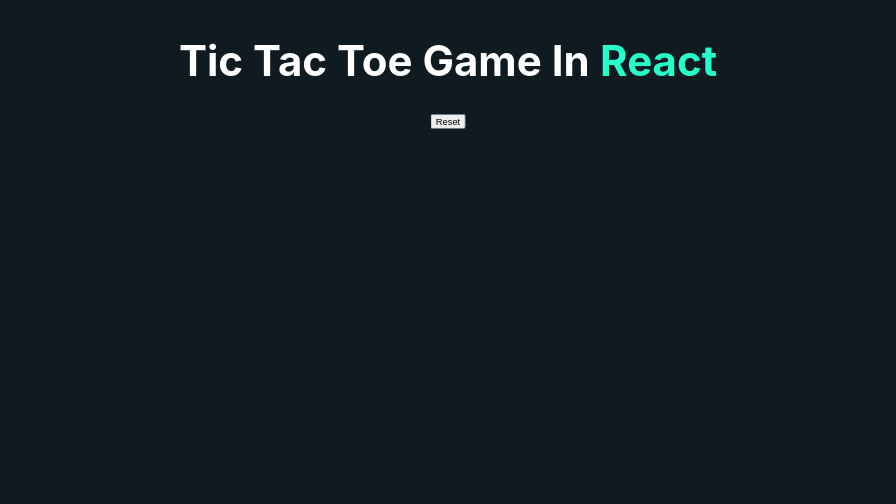
Repository: GigaByte6610/TicTacToe
Page: /
These files come from the project's save history. The page is drawn as it stood at one moment and after the next save; the edit follows.
The browser window is 1280 px wide. The pictures show the whole page, at 70% of full size.
The project was rebuilt for these pictures with package versions that can differ from the ones it lists, and the page was loaded fresh each time. Also part of the build but not shown: src/App.css.

Above is the page before, as saved 2025-01-31 12:42:16.

### public/index.html
<!DOCTYPE html>
<html lang="en">

<head>
    <meta charset="utf-8" />
    <link rel="icon" href="%PUBLIC_URL%/favicon.ico" />
    <meta name="viewport" content="width=device-width, initial-scale=1" />
    <meta name="theme-color" content="#000000" />
    <meta name="description" content="Web site created using create-react-app" />
    <link rel="apple-touch-icon" href="%PUBLIC_URL%/logo192.png" />
    <!--
      manifest.json provides metadata used when your web app is installed on a
      user's mobile device or desktop. See https://developers.google.com/web/fundamentals/web-app-manifest/
    -->
    <link rel="manifest" href="%PUBLIC_URL%/manifest.json" />
    <!--
      Notice the use of %PUBLIC_URL% in the tags above.
      It will be replaced with the URL of the `public` folder during the build.
      Only files inside the `public` folder can be referenced from the HTML.

      Unlike "/favicon.ico" or "favicon.ico", "%PUBLIC_URL%/favicon.ico" will
      work correctly both with client-side routing and a non-root public URL.
      Learn how to configure a non-root public URL by running `npm run build`.
    -->
    <title>TicTacToe</title>
</head>

<body>
    <noscript>You need to enable JavaScript to run this app.</noscript>
    <div id="root"></div>
    <!--
      This HTML file is a template.
      If you open it directly in the browser, you will see an empty page.

      You can add webfonts, meta tags, or analytics to this file.
      The build step will place the bundled scripts into the <body> tag.

      To begin the development, run `npm start` or `yarn start`.
      To create a production bundle, use `npm run build` or `yarn build`.
    -->
</body>

</html>

### src/index.css
body {
    margin: 0;
    font-family: -apple-system, BlinkMacSystemFont, 'Segoe UI', 'Roboto', 'Oxygen', 'Ubuntu', 'Cantarell', 'Fira Sans', 'Droid Sans', 'Helvetica Neue', sans-serif;
    -webkit-font-smoothing: antialiased;
    -moz-osx-font-smoothing: grayscale;
    background: #0f1B21;
}

code {
    font-family: source-code-pro, Menlo, Monaco, Consolas, 'Courier New', monospace;
}

### src/App.js
import './App.css';
import TicTacToe from './Components/TicTacToe/TicTacToe'; // Ensure the path is correct


function App() {
    return ( <
        div >
        <
        TicTacToe / >
        <
        /div>
    );

}

export default App;

### src/Components/TicTacToe/TicTacToe.jsx
import React from 'react'
import './TicTacToe.css'
//  import  myImage from './Components/Assets/circle.png'
//  import myImage2 from './Components/Assets/cross.png'
const TicTacToe = () => {
  return (
    <div className='container'>
        <h1 className='title'>Tic Tac Toe Game In <span>React</span></h1>
        <div className='board'>
            <div className="row1">
                <div className="boxes"></div>
                <div className="boxes"></div>
                <div className="boxes"></div>
            </div>
            <div className="row2">
                <div className="boxes"></div>
                <div className="boxes"></div>
                <div className="boxes"></div>
            </div>
            <div className="row3">
                <div className="boxes"></div>
                <div className="boxes"></div>
                <div className="boxes"></div>
            </div>
        </div>
        <button className='reset'>Reset</button>





    </div>
  )
}

export default TicTacToe

### src/Components/TicTacToe/TicTacToe.css
.container {
    text-align: center;
}

.title {
    margin-top: 50px;
    color: white;
    font-size: 60px;
    display: flex;
    justify-content: center;
    align-items: center;
}

.title span {
    color: #26ffcb;
    padding-left: 15px;
}

Loaded but not shown: src/index.js (common file); src/reportWebVitals.js (common file)

After the next save:
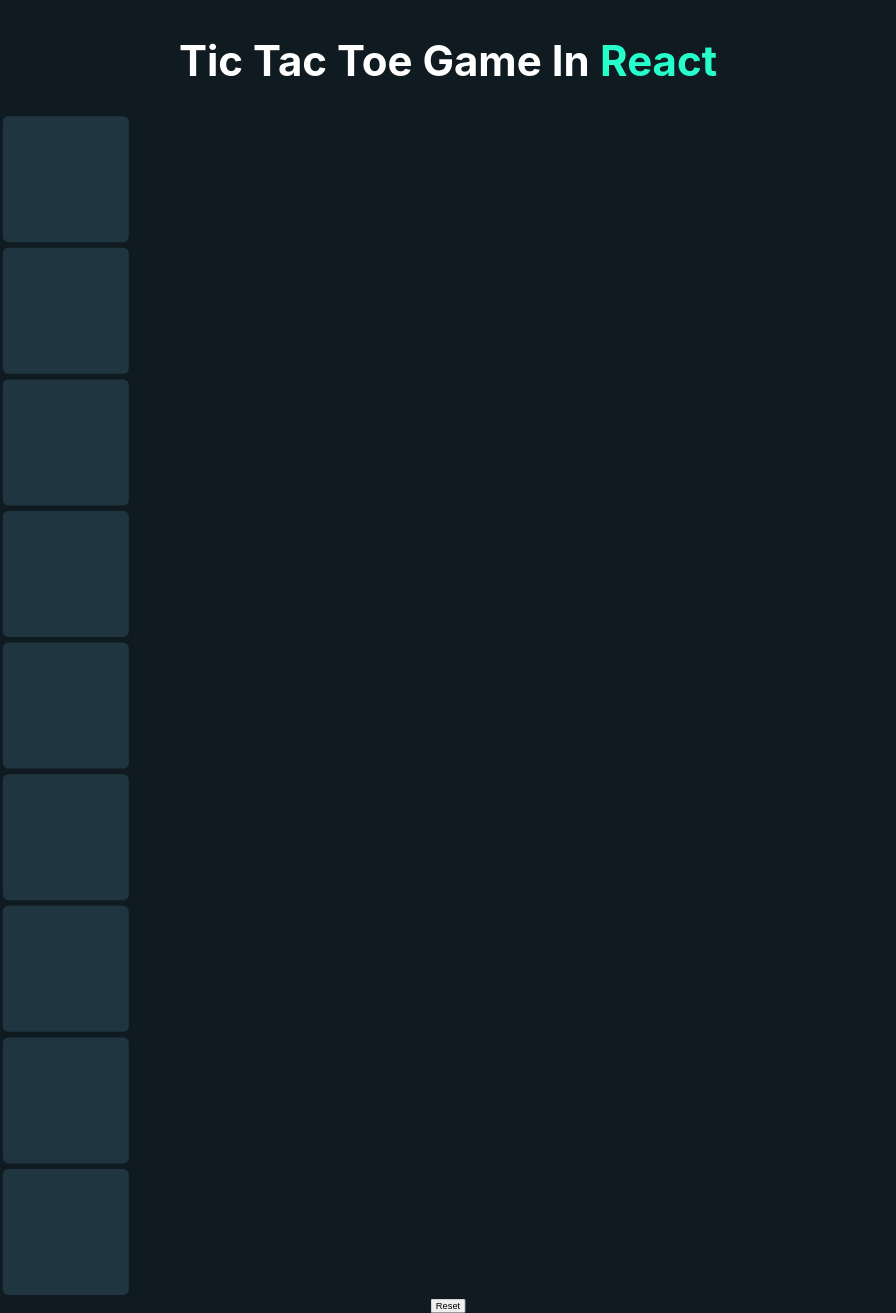
Saved 2 min 20 s later.
--- a/src/Components/TicTacToe/TicTacToe.css
+++ b/src/Components/TicTacToe/TicTacToe.css
@@ -15,3 +15,13 @@
     color: #26ffcb;
     padding-left: 15px;
 }
+
+.boxes {
+    display: flex;
+    height: 180px;
+    width: 180px;
+    background: #1f3540;
+    border: 4px solid #0f1b21;
+    border-radius: 12px;
+    cursor: pointer;
+}
